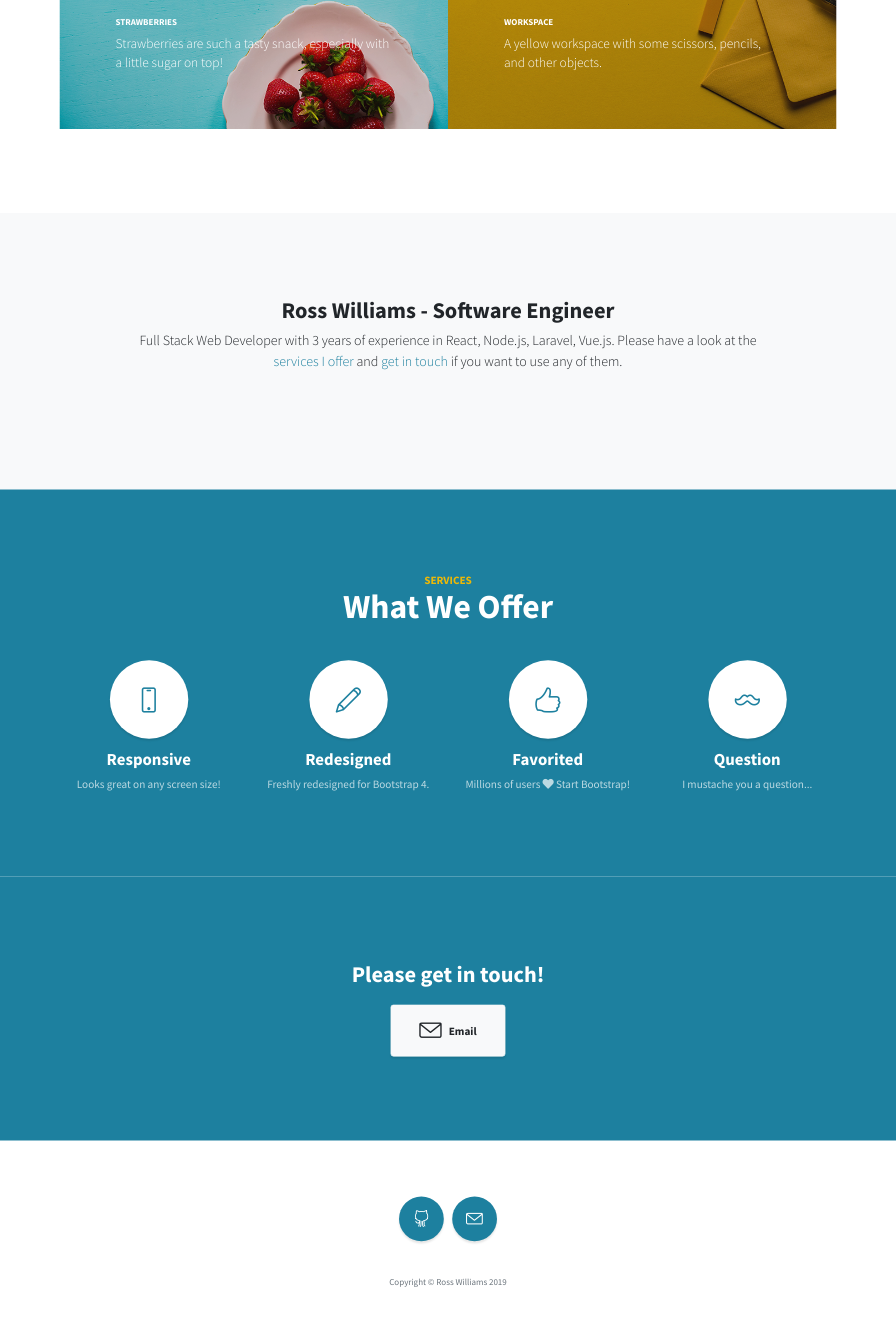
Repository: Williams94/Williams94.github.io
Page: index.html
These files come from the project's save history. The page is drawn as it stood at one moment and after the next save; the edit follows.
The browser window is 1280 px wide. The pictures show the part of the page from y = 1576 to 3496 px (the page is 3496 px tall), at 70% of full size.
A picture or video elsewhere on the page could not be fetched, so the positions and the page height are approximate.

Above is the page before, as saved 2019-07-06 13:58:00.

### index.html
<!DOCTYPE html>
<html lang="en">

<head>

  <meta charset="utf-8">
  <meta name="viewport" content="width=device-width, initial-scale=1, shrink-to-fit=no">
  <meta name="description" content="">
  <meta name="author" content="">

  <title>Stylish Portfolio - Start Bootstrap Template</title>

  <!-- Bootstrap Core CSS -->
  <link href="vendor/bootstrap/css/bootstrap.min.css" rel="stylesheet">

  <!-- Custom Fonts -->
  <link href="vendor/fontawesome-free/css/all.min.css" rel="stylesheet" type="text/css">
  <link href="https://fonts.googleapis.com/css?family=Source+Sans+Pro:300,400,700,300italic,400italic,700italic"
    rel="stylesheet" type="text/css">
  <link href="vendor/simple-line-icons/css/simple-line-icons.css" rel="stylesheet">

  <!-- Custom CSS -->
  <link href="css/stylish-portfolio.css" rel="stylesheet">
  <link href="css/custom.css" rel="stylesheet">
  <!-- <link href="css/new-age.min.css" rel="stylesheet"> -->

</head>

<body id="page-top">

  <!-- Navigation -->
  <nav class="navbar navbar-expand-lg navbar-light fixed-top" id="mainNav">
    <div class="container">
      <a class="navbar-brand js-scroll-trigger" href="#page-top">Ross Williams</a>
      <button class="navbar-toggler navbar-toggler-right" type="button" data-toggle="collapse"
        data-target="#navbarResponsive" aria-controls="navbarResponsive" aria-expanded="false"
        aria-label="Toggle navigation">
        Menu
        <i class="fas fa-bars"></i>
      </button>
      <div class="collapse navbar-collapse" id="navbarResponsive">
        <ul class="navbar-nav ml-auto">
          <li class="nav-item">
            <a class="nav-link js-scroll-trigger" href="#about">About</a>
          </li>
          <li class="nav-item">
            <a class="nav-link js-scroll-trigger" href="#portfolio">Portfolio</a>
          </li>
          <li class="nav-item">
            <a class="nav-link js-scroll-trigger" href="#services">Services</a>
          </li>
          <li class="nav-item">
            <a class="nav-link js-scroll-trigger" href="#contact">Contact</a>
          </li>
        </ul>
      </div>
    </div>
  </nav>

  <!-- Header -->
  <header class="masthead">
    <div class="container h-100">
      <div class="row h-100">
        <div class="col-lg-7 my-auto">
          <div class="header-content mx-auto">
            <h1 class="mb-5">Welcome, please take a look at my previous projects and the services I offer.</h1>
          </div>
        </div>
        <div class="col-lg-5 my-auto">
          <div class="device-container">
            <div class="device-mockup iphone6_plus portrait white">
              <div class="device">
                <div class="screen">
                  <!-- Demo image for screen mockup, you can put an image here, some HTML, an animation, video, or anything else! -->
                  <img src="img/demo-screen-1.jpg" class="img-fluid" alt="">
                </div>
                <div class="button">
                  <!-- You can hook the "home button" to some JavaScript events or just remove it -->
                </div>
              </div>
            </div>
          </div>
        </div>
      </div>
    </div>
  </header>

  <!-- Portfolio -->
  <section class="content-section" id="portfolio">
    <div class="container">
      <div class="content-section-heading text-center">
        <h3 class="text-secondary mb-0">Portfolio</h3>
        <h2 class="mb-5">Recent Projects</h2>
      </div>
      <div class="row no-gutters">
        <div class="col-lg-6">
          <a class="portfolio-item" href="#">
            <span class="caption">
              <span class="caption-content">
                <h2>Stationary</h2>
                <p class="mb-0">A yellow pencil with envelopes on a clean, blue backdrop!</p>
              </span>
            </span>
            <img class="img-fluid" src="img/portfolio-1.jpg" alt="">
          </a>
        </div>
        <div class="col-lg-6">
          <a class="portfolio-item" href="#">
            <span class="caption">
              <span class="caption-content">
                <h2>Ice Cream</h2>
                <p class="mb-0">A dark blue background with a colored pencil, a clip, and a tiny ice cream cone!</p>
              </span>
            </span>
            <img class="img-fluid" src="img/portfolio-2.jpg" alt="">
          </a>
        </div>
        <div class="col-lg-6">
          <a class="portfolio-item" href="#">
            <span class="caption">
              <span class="caption-content">
                <h2>Strawberries</h2>
                <p class="mb-0">Strawberries are such a tasty snack, especially with a little sugar on top!</p>
              </span>
            </span>
            <img class="img-fluid" src="img/portfolio-3.jpg" alt="">
          </a>
        </div>
        <div class="col-lg-6">
          <a class="portfolio-item" href="#">
            <span class="caption">
              <span class="caption-content">
                <h2>Workspace</h2>
                <p class="mb-0">A yellow workspace with some scissors, pencils, and other objects.</p>
              </span>
            </span>
            <img class="img-fluid" src="img/portfolio-4.jpg" alt="">
          </a>
        </div>
      </div>
    </div>
  </section>

  <!-- About -->
  <section class="content-section bg-light" id="about">
    <div class="container text-center">
      <div class="row">
        <div class="col-lg-10 mx-auto">
          <h2>Ross Williams - Software Engineer</h2>
          <p class="lead mb-5">Full Stack Web Developer with 3 years of experience in React, Node.js, Laravel, Vue.js.
            Please have a look at the <a href="#services">services I offer</a> and <a href="#contact">get in touch</a>
            if you want to use any of them.
          </p>
        </div>
      </div>
    </div>
  </section>

  <!-- Services -->
  <section class="content-section bg-primary text-white text-center" id="services">
    <div class="container">
      <div class="content-section-heading">
        <h3 class="text-secondary mb-0">Services</h3>
        <h2 class="mb-5">What We Offer</h2>
      </div>
      <div class="row">
        <div class="col-lg-3 col-md-6 mb-5 mb-lg-0">
          <span class="service-icon rounded-circle mx-auto mb-3">
            <i class="icon-screen-smartphone"></i>
          </span>
          <h4>
            <strong>Responsive</strong>
          </h4>
          <p class="text-faded mb-0">Looks great on any screen size!</p>
        </div>
        <div class="col-lg-3 col-md-6 mb-5 mb-lg-0">
          <span class="service-icon rounded-circle mx-auto mb-3">
            <i class="icon-pencil"></i>
          </span>
          <h4>
            <strong>Redesigned</strong>
          </h4>
          <p class="text-faded mb-0">Freshly redesigned for Bootstrap 4.</p>
        </div>
        <div class="col-lg-3 col-md-6 mb-5 mb-md-0">
          <span class="service-icon rounded-circle mx-auto mb-3">
            <i class="icon-like"></i>
          </span>
          <h4>
            <strong>Favorited</strong>
          </h4>
          <p class="text-faded mb-0">Millions of users
            <i class="fas fa-heart"></i>
            Start Bootstrap!</p>
        </div>
        <div class="col-lg-3 col-md-6">
          <span class="service-icon rounded-circle mx-auto mb-3">
            <i class="icon-mustache"></i>
          </span>
          <h4>
            <strong>Question</strong>
          </h4>
          <p class="text-faded mb-0">I mustache you a question...</p>
        </div>
      </div>
    </div>
  </section>

  <!-- Call to Action -->
  <section class="content-section bg-primary text-white">
    <div class="container text-center">
      <h2 class="mb-4">Please get in touch!</h2>
      <a href="mailto:r.b.williams94@gmail.com" class="btn btn-xl btn-light">
        <div class="email-me-button-container">
          <i class="icon-envelope icon-envelope-button"></i>Email
        </div>
      </a>
    </div>
  </section>

  <!-- Map -->
  <!-- <section id="contact" class="map">
    <iframe width="100%" height="100%" frameborder="0" scrolling="no" marginheight="0" marginwidth="0"
      src="https://maps.google.com/maps?f=q&amp;source=s_q&amp;hl=en&amp;geocode=&amp;q=Twitter,+Inc.,+Market+Street,+San+Francisco,+CA&amp;aq=0&amp;oq=twitter&amp;sll=28.659344,-81.187888&amp;sspn=0.128789,0.264187&amp;ie=UTF8&amp;hq=Twitter,+Inc.,+Market+Street,+San+Francisco,+CA&amp;t=m&amp;z=15&amp;iwloc=A&amp;output=embed"></iframe>
    <br />
    <small>
      <a
        href="https://maps.google.com/maps?f=q&amp;source=embed&amp;hl=en&amp;geocode=&amp;q=Twitter,+Inc.,+Market+Street,+San+Francisco,+CA&amp;aq=0&amp;oq=twitter&amp;sll=28.659344,-81.187888&amp;sspn=0.128789,0.264187&amp;ie=UTF8&amp;hq=Twitter,+Inc.,+Market+Street,+San+Francisco,+CA&amp;t=m&amp;z=15&amp;iwloc=A"></a>
    </small>
  </section> -->

  <!-- Footer -->
  <footer class="footer text-center">
    <div class="container">
      <ul class="list-inline mb-5">
        <li class="list-inline-item">
          <a class="social-link rounded-circle text-white" href="https://github.com/Williams94">
            <i class="icon-social-github"></i>
          </a>
        </li>
        <li class="list-inline-item">
            <a class="social-link rounded-circle text-white" href="mailto:r.b.williams94@gmail.com">
              <i class="icon-envelope"></i>
            </a>
          </li>
      </ul>
      <p class="text-muted small mb-0">Copyright &copy; Ross Williams 2019</p>
    </div>
  </footer>

  <!-- Scroll to Top Button-->
  <a class="scroll-to-top rounded js-scroll-trigger" href="#page-top">
    <i class="fas fa-angle-up"></i>
  </a>

  <!-- Bootstrap core JavaScript -->
  <script src="vendor/jquery/jquery.min.js"></script>
  <script src="vendor/bootstrap/js/bootstrap.bundle.min.js"></script>

  <!-- Plugin JavaScript -->
  <script src="vendor/jquery-easing/jquery.easing.min.js"></script>

  <!-- Custom scripts for this template -->
  <script src="js/stylish-portfolio.min.js"></script>

</body>

</html>

### css/stylish-portfolio.css
/*!
 * Start Bootstrap - Stylish Portfolio v5.0.6 (https://startbootstrap.com/template-overviews/stylish-portfolio)
 * Copyright 2013-2019 Start Bootstrap
 * Licensed under MIT (https://github.com/BlackrockDigital/startbootstrap-stylish-portfolio/blob/master/LICENSE)
 */

body,
html {
  width: 100%;
  height: 100%;
}

body {
  font-family: "Source Sans Pro";
}

.btn-xl {
  padding: 1.25rem 2.5rem;
}

.content-section {
  padding-top: 7.5rem;
  padding-bottom: 7.5rem;
}

.content-section-heading h2 {
  font-size: 3rem;
}

.content-section-heading h3 {
  font-size: 1rem;
  text-transform: uppercase;
}

h1,
h2,
h3,
h4,
h5,
h6 {
  font-weight: 700;
}

.text-faded {
  color: rgba(255, 255, 255, 0.7);
}

/* Map */
.map {
  height: 30rem;
}

@media (max-width: 992px) {
  .map {
    height: 75%;
  }
}

.map iframe {
  pointer-events: none;
}

.scroll-to-top {
  position: fixed;
  right: 15px;
  bottom: 15px;
  display: none;
  width: 50px;
  height: 50px;
  text-align: center;
  color: white;
  background: rgba(52, 58, 64, 0.5);
  line-height: 45px;
}

.scroll-to-top:focus,
.scroll-to-top:hover {
  color: white;
}

.scroll-to-top:hover {
  background: #343a40;
}

.scroll-to-top i {
  font-weight: 800;
}

.masthead {
  min-height: 30rem;
  position: relative;
  display: table;
  width: 100%;
  height: auto;
  padding-top: 8rem;
  padding-bottom: 8rem;
  background: -webkit-gradient(
      linear,
      left top,
      right top,
      from(rgba(255, 255, 255, 0.1)),
      to(rgba(255, 255, 255, 0.1))
    ),
    url("../img/bg-masthead.jpg");
  background: linear-gradient(
      90deg,
      rgba(255, 255, 255, 0.1) 0%,
      rgba(255, 255, 255, 0.1) 100%
    ),
    url("../img/bg-masthead.jpg");
  background-position: center center;
  background-repeat: no-repeat;
  background-size: cover;
}

.masthead h1 {
  font-size: 4rem;
  margin: 0;
  padding: 0;
}

@media (min-width: 992px) {
  .masthead {
    height: 100vh;
  }
  .masthead h1 {
    font-size: 5.5rem;
  }
}

/* Side Menu */
#sidebar-wrapper {
  position: fixed;
  z-index: 2;
  right: 0;
  width: 250px;
  height: 100%;
  -webkit-transition: all 0.4s ease 0s;
  transition: all 0.4s ease 0s;
  -webkit-transform: translateX(250px);
  transform: translateX(250px);
  background: #1d809f;
  border-left: 1px solid rgba(255, 255, 255, 0.1);
}

.sidebar-nav {
  position: absolute;
  top: 0;
  width: 250px;
  margin: 0;
  padding: 0;
  list-style: none;
}

.sidebar-nav li.sidebar-nav-item a {
  display: block;
  text-decoration: none;
  color: #fff;
  padding: 15px;
}

.sidebar-nav li a:hover {
  text-decoration: none;
  color: #fff;
  background: rgba(255, 255, 255, 0.2);
}

.sidebar-nav li a:active,
.sidebar-nav li a:focus {
  text-decoration: none;
}

.sidebar-nav > .sidebar-brand {
  font-size: 1.2rem;
  background: rgba(52, 58, 64, 0.1);
  height: 80px;
  line-height: 50px;
  padding-top: 15px;
  padding-bottom: 15px;
  padding-left: 15px;
}

.sidebar-nav > .sidebar-brand a {
  color: #fff;
}

.sidebar-nav > .sidebar-brand a:hover {
  color: #fff;
  background: none;
}

#sidebar-wrapper.active {
  right: 250px;
  width: 250px;
  -webkit-transition: all 0.4s ease 0s;
  transition: all 0.4s ease 0s;
}

.menu-toggle {
  position: fixed;
  right: 15px;
  top: 15px;
  width: 50px;
  height: 50px;
  text-align: center;
  color: #fff;
  background: rgba(52, 58, 64, 0.5);
  line-height: 50px;
  z-index: 999;
}

.menu-toggle:focus,
.menu-toggle:hover {
  color: #fff;
}

.menu-toggle:hover {
  background: #343a40;
}

.service-icon {
  background-color: #fff;
  color: #1d809f;
  height: 7rem;
  width: 7rem;
  display: block;
  line-height: 7.5rem;
  font-size: 2.25rem;
  -webkit-box-shadow: 0 3px 3px 0 rgba(0, 0, 0, 0.1);
  box-shadow: 0 3px 3px 0 rgba(0, 0, 0, 0.1);
}

.callout {
  padding: 15rem 0;
  background: -webkit-gradient(
      linear,
      left top,
      right top,
      from(rgba(255, 255, 255, 0.1)),
      to(rgba(255, 255, 255, 0.1))
    ),
    url("../img/bg-callout.jpg");
  background: linear-gradient(
      90deg,
      rgba(255, 255, 255, 0.1) 0%,
      rgba(255, 255, 255, 0.1) 100%
    ),
    url("../img/bg-callout.jpg");
  background-position: center center;
  background-repeat: no-repeat;
  background-size: cover;
}

.callout h2 {
  font-size: 3.5rem;
  font-weight: 700;
  display: block;
  max-width: 30rem;
}

.portfolio-item {
  display: block;
  position: relative;
  overflow: hidden;
  max-width: 530px;
  margin: auto auto 1rem;
}

.portfolio-item .caption {
  display: -webkit-box;
  display: -ms-flexbox;
  display: flex;
  height: 100%;
  width: 100%;
  background-color: rgba(33, 37, 41, 0.2);
  position: absolute;
  top: 0;
  bottom: 0;
  z-index: 1;
}

.portfolio-item .caption .caption-content {
  color: #fff;
  margin: auto 2rem 2rem;
}

.portfolio-item .caption .caption-content h2 {
  font-size: 0.8rem;
  text-transform: uppercase;
}

.portfolio-item .caption .caption-content p {
  font-weight: 300;
  font-size: 1.2rem;
}

@media (min-width: 992px) {
  .portfolio-item {
    max-width: none;
    margin: 0;
  }
  .portfolio-item .caption {
    -webkit-transition: -webkit-clip-path 0.25s ease-out, background-color 0.7s;
    -webkit-clip-path: inset(0px);
    clip-path: inset(0px);
  }
  .portfolio-item .caption .caption-content {
    -webkit-transition: opacity 0.25s;
    transition: opacity 0.25s;
    margin-left: 5rem;
    margin-right: 5rem;
    margin-bottom: 5rem;
  }
  .portfolio-item img {
    -webkit-transition: -webkit-clip-path 0.25s ease-out;
    -webkit-clip-path: inset(-1px);
    clip-path: inset(-1px);
  }
  .portfolio-item:hover img {
    -webkit-clip-path: inset(2rem);
    clip-path: inset(2rem);
  }
  .portfolio-item:hover .caption {
    background-color: rgba(29, 128, 159, 0.9);
    -webkit-clip-path: inset(2rem);
    clip-path: inset(2rem);
  }
}

footer.footer {
  padding-top: 5rem;
  padding-bottom: 5rem;
}

footer.footer .social-link {
  display: block;
  height: 4rem;
  width: 4rem;
  line-height: 4.3rem;
  font-size: 1.5rem;
  background-color: #1d809f;
  -webkit-transition: background-color 0.15s ease-in-out;
  transition: background-color 0.15s ease-in-out;
  -webkit-box-shadow: 0 3px 3px 0 rgba(0, 0, 0, 0.1);
  box-shadow: 0 3px 3px 0 rgba(0, 0, 0, 0.1);
}

footer.footer .social-link:hover {
  background-color: #155d74;
  text-decoration: none;
}

a {
  color: #1d809f;
}

a:hover,
a:focus,
a:active {
  color: #155d74;
}

.btn-primary {
  background-color: #1d809f !important;
  border-color: #1d809f !important;
  color: #fff !important;
}

.btn-primary:hover,
.btn-primary:focus,
.btn-primary:active {
  background-color: #155d74 !important;
  border-color: #155d74 !important;
}

.btn-secondary {
  background-color: #ecb807 !important;
  border-color: #ecb807 !important;
  color: #fff !important;
}

.btn-secondary:hover,
.btn-secondary:focus,
.btn-secondary:active {
  background-color: #ba9106 !important;
  border-color: #ba9106 !important;
}

.btn-dark {
  color: #fff !important;
}

.btn {
  -webkit-box-shadow: 0px 3px 3px 0px rgba(0, 0, 0, 0.1);
  box-shadow: 0px 3px 3px 0px rgba(0, 0, 0, 0.1);
  font-weight: 700;
}

.bg-primary {
  background-color: #1d809f !important;
}

.text-primary {
  color: #1d809f !important;
}

.text-secondary {
  color: #ecb807 !important;
}

#mainNav {
  border-color: rgba(34, 34, 34, 0.05);
  background-color: white;
  -webkit-transition: all 0.35s;
  transition: all 0.35s;
  font-family: "Catamaran", "Helvetica", "Arial", "sans-serif";
  font-weight: 200;
  letter-spacing: 1px;
}

#mainNav .navbar-brand {
  color: #fdcc52;
  font-family: "Catamaran", "Helvetica", "Arial", "sans-serif";
  font-weight: 200;
  letter-spacing: 1px;
}

#mainNav .navbar-brand:hover,
#mainNav .navbar-brand:focus {
  color: #fcbd20;
}

#mainNav .navbar-toggler {
  font-size: 12px;
  padding: 8px 10px;
  color: #222222;
}

#mainNav .navbar-nav > li > a {
  font-size: 11px;
  font-family: "Lato", "Helvetica", "Arial", "sans-serif";
  letter-spacing: 2px;
  text-transform: uppercase;
}

#mainNav .navbar-nav > li > a.active {
  color: #fdcc52 !important;
  background-color: transparent;
}

#mainNav .navbar-nav > li > a.active:hover {
  background-color: transparent;
}

#mainNav .navbar-nav > li > a,
#mainNav .navbar-nav > li > a:focus {
  color: #222222;
}

#mainNav .navbar-nav > li > a:hover,
#mainNav .navbar-nav > li > a:focus:hover {
  color: #fdcc52;
}

@media (min-width: 992px) {
  #mainNav {
    border-color: transparent;
    background-color: transparent;
  }
  #mainNav .navbar-brand {
    color: fade(white, 70%);
  }
  #mainNav .navbar-brand:hover,
  #mainNav .navbar-brand:focus {
    color: white;
  }
  #mainNav .navbar-nav > li > a,
  #mainNav .navbar-nav > li > a:focus {
    color: rgba(255, 255, 255, 0.7);
  }
  #mainNav .navbar-nav > li > a:hover,
  #mainNav .navbar-nav > li > a:focus:hover {
    color: white;
  }
  #mainNav.navbar-shrink {
    border-color: rgba(34, 34, 34, 0.1);
    background-color: white;
  }
  #mainNav.navbar-shrink .navbar-brand {
    color: #222222;
  }
  #mainNav.navbar-shrink .navbar-brand:hover,
  #mainNav.navbar-shrink .navbar-brand:focus {
    color: #fdcc52;
  }
  #mainNav.navbar-shrink .navbar-nav > li > a,
  #mainNav.navbar-shrink .navbar-nav > li > a:focus {
    color: #222222;
  }
  #mainNav.navbar-shrink .navbar-nav > li > a:hover,
  #mainNav.navbar-shrink .navbar-nav > li > a:focus:hover {
    color: #fdcc52;
  }
}


header.masthead {
  position: relative;
  width: 100%;
  padding-top: 150px;
  padding-bottom: 100px;
  color: white;
  background: url("../img/bg-pattern.png"), #7b4397;
  background: url("../img/bg-pattern.png"), -webkit-gradient(linear, right top, left top, from(#7b4397), to(#dc2430));
  background: url("../img/bg-pattern.png"), linear-gradient(to left, #7b4397, #dc2430);
}

header.masthead .header-content {
  max-width: 500px;
  margin-bottom: 100px;
  text-align: center;
}

header.masthead .header-content h1 {
  font-size: 30px;
}

header.masthead .device-container {
  max-width: 325px;
  margin-right: auto;
  margin-left: auto;
}

header.masthead .device-container .screen img {
  border-radius: 3px;
}

@media (min-width: 992px) {
  header.masthead {
    height: 100vh;
    min-height: 775px;
    padding-top: 0;
    padding-bottom: 0;
  }
  header.masthead .header-content {
    margin-bottom: 0;
    text-align: left;
  }
  header.masthead .header-content h1 {
    font-size: 50px;
  }
  header.masthead .device-container {
    max-width: 325px;
  }
}

### css/custom.css
.icon-envelope-button {
  font-size: 2rem;
  margin-right: 10px;
}

.email-me-button-container {
  display: flex;
  align-items: center;
}

Loaded but not shown: vendor/bootstrap/css/bootstrap.min.css (library); vendor/fontawesome-free/css/all.min.css (library); vendor/simple-line-icons/css/simple-line-icons.css (library); vendor/jquery/jquery.min.js (library); vendor/bootstrap/js/bootstrap.bundle.min.js (library); vendor/jquery-easing/jquery.easing.min.js (common file); js/stylish-portfolio.min.js (common file)

After the next save:
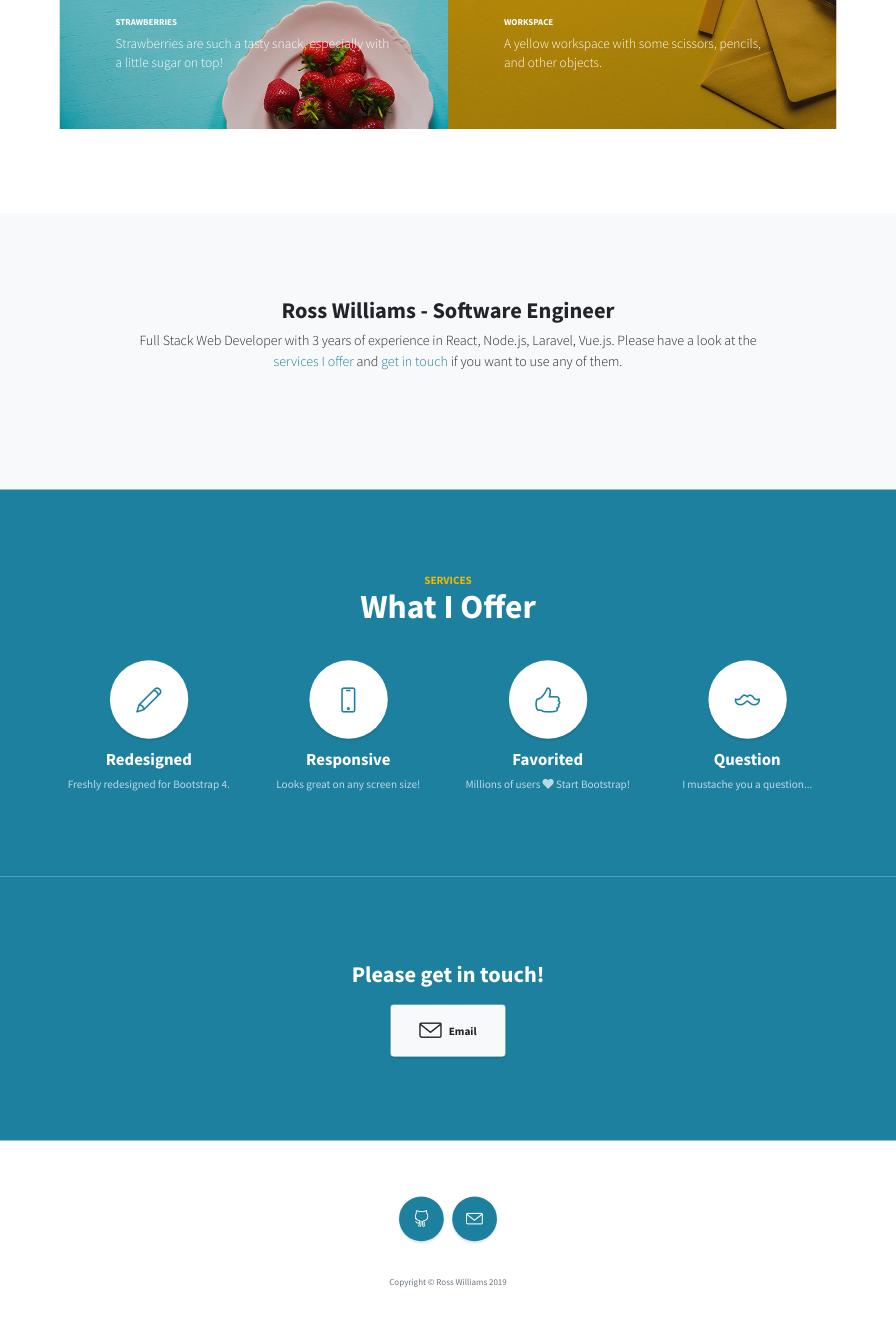
Saved 42 s later.
--- a/index.html
+++ b/index.html
@@ -161,26 +161,26 @@
     <div class="container">
       <div class="content-section-heading">
         <h3 class="text-secondary mb-0">Services</h3>
-        <h2 class="mb-5">What We Offer</h2>
+        <h2 class="mb-5">What I Offer</h2>
       </div>
       <div class="row">
         <div class="col-lg-3 col-md-6 mb-5 mb-lg-0">
           <span class="service-icon rounded-circle mx-auto mb-3">
+            <i class="icon-pencil"></i>
+          </span>
+          <h4>
+            <strong>Redesigned</strong>
+          </h4>
+          <p class="text-faded mb-0">Freshly redesigned for Bootstrap 4.</p>
+        </div>
+        <div class="col-lg-3 col-md-6 mb-5 mb-lg-0">
+          <span class="service-icon rounded-circle mx-auto mb-3">
             <i class="icon-screen-smartphone"></i>
           </span>
           <h4>
             <strong>Responsive</strong>
           </h4>
           <p class="text-faded mb-0">Looks great on any screen size!</p>
-        </div>
-        <div class="col-lg-3 col-md-6 mb-5 mb-lg-0">
-          <span class="service-icon rounded-circle mx-auto mb-3">
-            <i class="icon-pencil"></i>
-          </span>
-          <h4>
-            <strong>Redesigned</strong>
-          </h4>
-          <p class="text-faded mb-0">Freshly redesigned for Bootstrap 4.</p>
         </div>
         <div class="col-lg-3 col-md-6 mb-5 mb-md-0">
           <span class="service-icon rounded-circle mx-auto mb-3">
@@ -239,10 +239,10 @@
           </a>
         </li>
         <li class="list-inline-item">
-            <a class="social-link rounded-circle text-white" href="mailto:r.b.williams94@gmail.com">
-              <i class="icon-envelope"></i>
-            </a>
-          </li>
+          <a class="social-link rounded-circle text-white" href="mailto:r.b.williams94@gmail.com">
+            <i class="icon-envelope"></i>
+          </a>
+        </li>
       </ul>
       <p class="text-muted small mb-0">Copyright &copy; Ross Williams 2019</p>
     </div>
